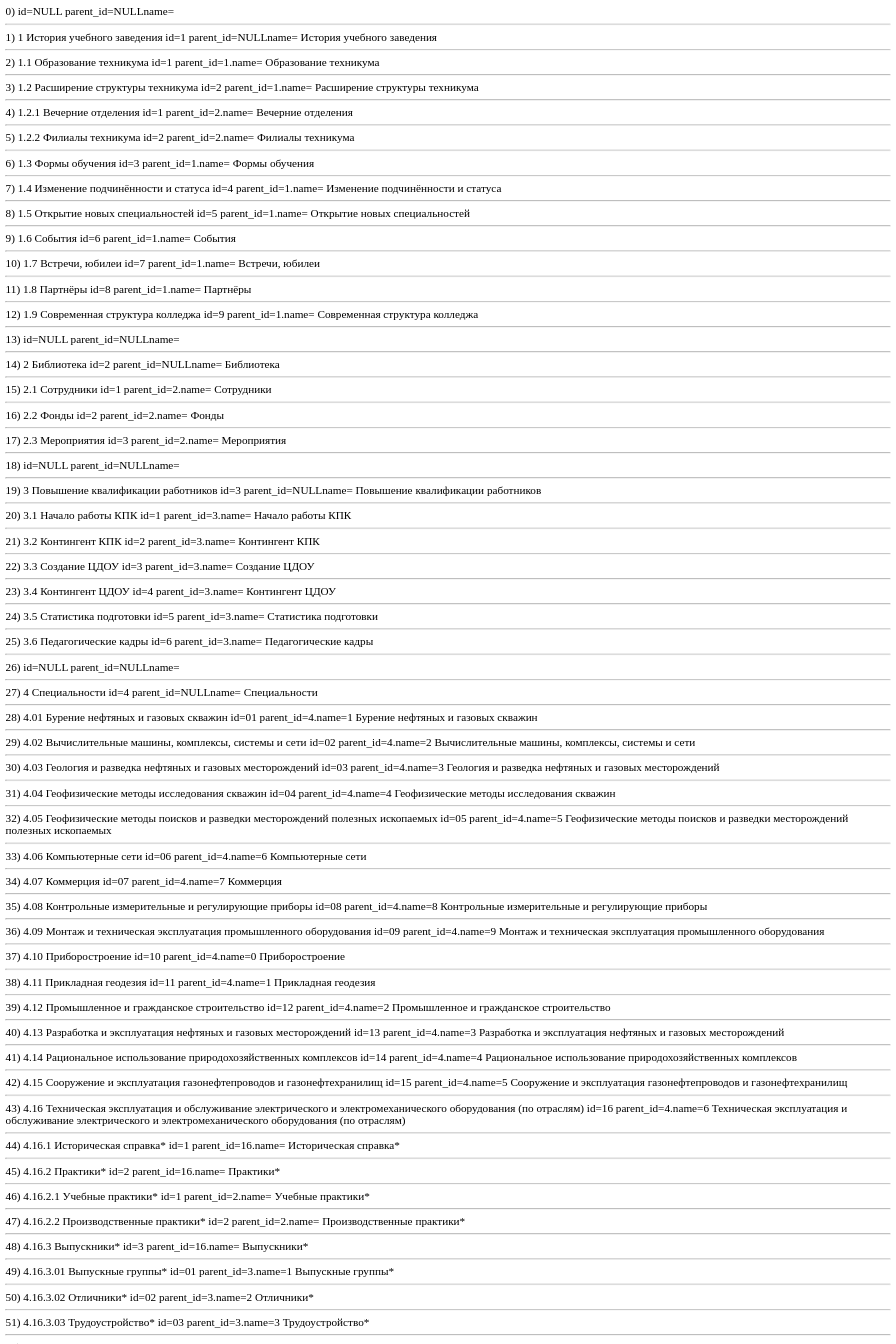
Repository: killercrush/catalog-museum
Page: http://localhost/catalog.php
The author's editor kept a record of every edit. The page is drawn from the files as they stood at one moment, then again after the next edit.
The browser window is 1280 px wide. The pictures show the part of the page from y = 0 to 1920 px (the page is 11464 px tall), at 70% of full size.
The page is run by PHP 8.4 with error messages shown; the project is at /var/www/html/.

Above is the page before.

### catalog.php
<?php



$catalog_string = "
1 История учебного заведения
1.1 Образование техникума
1.2 Расширение структуры техникума
1.2.1 Вечерние отделения
1.2.2 Филиалы техникума
1.3 Формы обучения
1.4 Изменение подчинённости и статуса
1.5 Открытие новых специальностей
1.6 События
1.7 Встречи, юбилеи
1.8 Партнёры
1.9 Современная структура колледжа

2 Библиотека
2.1 Сотрудники
2.2 Фонды
2.3 Мероприятия

3 Повышение квалификации работников
3.1 Начало работы КПК
3.2 Контингент КПК
3.3 Создание ЦДОУ
3.4 Контингент ЦДОУ
3.5 Статистика подготовки
3.6 Педагогические кадры

4 Специальности
4.01 Бурение нефтяных и газовых скважин
4.02 Вычислительные машины, комплексы, системы и сети
4.03 Геология и разведка нефтяных и газовых месторождений
4.04 Геофизические методы исследования скважин
4.05 Геофизические методы поисков и разведки месторождений полезных ископаемых
4.06 Компьютерные сети
4.07 Коммерция
4.08 Контрольные измерительные и регулирующие приборы
4.09 Монтаж и техническая эксплуатация промышленного оборудования
4.10 Приборостроение
4.11 Прикладная геодезия
4.12 Промышленное и гражданское строительство
4.13 Разработка и эксплуатация нефтяных и газовых месторождений
4.14 Рациональное использование природохозяйственных комплексов
4.15 Сооружение и эксплуатация газонефтепроводов и газонефтехранилищ
4.16 Техническая эксплуатация и обслуживание электрического и электромеханического оборудования (по отраслям)
4.16.1 Историческая справка*
4.16.2 Практики*
4.16.2.1 Учебные практики*
4.16.2.2 Производственные практики*
4.16.3 Выпускники*
4.16.3.01 Выпускные группы*
4.16.3.02 Отличники*
4.16.3.03 Трудоустройство*
4.16.3.03.1 Период до 1990 года*
4.16.3.03.2 Период с 1991 года*
4.16.3.03.3 Логотипы организаций*
4.16.3.04 Участники Великой Отечественной войны**
4.16.3.05 Династии*
4.16.3.06 Воины-интернационалисты**
4.16.3.07 Успешные выпускники*
4.16.3.08 Публикации о выпускниках*
4.16.3.09 Печатные издания выпускников**
4.16.3.10 Встречи с выпускниками*

5 Коллектив
5.1 Заместители директора
5.1.1 По учебной работе
5.1.2 По воспитательной работе
5.1.3 По УПР
5.1.4 По АХЧ
5.2 Заведующие отделениями
5.2.1 Вечернее отделение
5.2.2 Дневное отделение
5.2.3 Заочное отделение
5.3 Преподаватели
5.3.1 Штатные преподаватели
5.3.2 Заслуженные учителя
5.3.3 Имеющие Почётные звания
5.3.4 Награждённые отраслевыми грамотами
5.3.5 Награждённые грамотами Минобразования
5.3.6 Приватные преподаватели и совместители
5.3.7 Классные руководители
5.4 ПЦК, ПК
5.4.1 Действующие общей подготовки
5.4.1.1 Английского языка, общеобразовательных гуманитарных дисциплин
5.4.1.2 Математических, общих естественнонаучных дисциплин
5.4.1.3 Общегуманитарных и социально-экономических дисциплин
5.4.1.4 Общеобразовательных дисциплин ОПКРС
5.4.1.5 Общепрофессиональных дисциплин
5.4.1.6 Физической культуры
5.4.1.7 Экономических дисциплин
5.4.2 Действующие выпускающие
5.4.2.1 Геологических дисциплин
5.4.2.2 Геофизических дисциплин
5.4.2.3 Информационных дисциплин и технологий
5.4.2.4 Нефтепромысловых дисциплин
5.4.2.5 Нефтяного и машиностроительного цикла
5.4.2.6 По электротехническим профессиям и специальностям
5.4.2.7 Технического обслуживания и ремонта оборудования
5.4.2.8 Экологических дисциплин
5.4.3 Исторические
5.4.3.01 Геолого-геофизических дисциплин
5.4.3.02 Гуманитарных дисциплин
5.4.3.03 Общественно-гуманитарных дисциплин
5.4.3.04 Общетехнических дисциплин
5.4.3.05 Русского языка и литературы, истории СССР и английского языка
5.4.3.06  Русского языка и литературы, истории СССР, английского языка и военно-физической подготовки
5.4.3.07 Специальных дисциплин
5.4.3.08 Строительных дисциплин
5.4.3.09 Физики, химии, математики
5.4.3.10 Физико-математических дисциплин
5.4.3.11 Физического воспитания
5.4.3.12 Черчения
5.5 Сотрудники
5.6 Участники Великой Отечественной войны
5.7 Труженики тыла
5.8 Выпускники – работники учебного заведения
5.9 Книга почёта

6 ИВЦ
6.1 Историческая справка
6.2 Современное состояние
6.3 Кадровый состав
6.4 Технические ресурсы

7 СМК
7.1 СМК колледжа
7.2 История создания
7.3 Служба маркетинга и качества
7.4 Персонал службы маркетинга и качества
7.5 Аудиты

8 Стипендиаты
8.1 Директорская стипендия
8.2 Ленинская стипендия
8.3 Стипендия им. В.М.Казакова
8.4 Стипендия им. А.Ф.Шакирова
8.5 Стипендия Правительства РФ
8.6 Стипендия Президента РБ
8.7 Стипендия Республиканской организации «Нефтегазстройпрофсоюз»
8.8 Стипендия Федерации профсоюзов РБ

9 Студенческая жизнь при социализме
9.1 История комсомольской организации
9.1.1 Неосвобождённые секретари комитета ВЛКСМ
9.1.2 Освобождённые секретари комитета ВЛКСМ
9.1.3 Состав комитетов ВЛКСМ
9.1.4 Мероприятия с участием комсомольцев
9.2 Студенческие летние будни
9.2.1 Работа в строительных и сельхозотрядах
9.2.2 Работа в колхозах в осенний период

10 Методическая работа
10.1 Историческая справка
10.2 Методический кабинет
10.2.1 Методсовет
10.2.2 Учебно-методические материалы
10.2.3 Школа педагогического мастерства
10.2.4 Награды
10.3 Мероприятия
10.3.1 Конкурсы
10.3.2 Конференции
10.2.3 Олимпиады
10.2.4 Семинары
10.2.5 Смотры
10.4 Наставники

11 Воспитательный процесс
11.1 Спортивная жизнь
11.1.1 Виды спорта
11.1.1.01 Баскетбол
11.1.1.02 Биатлон
11.1.1.03 Борьба
11.1.1.04 Велоспорт
11.1.1.05 Волейбол
11.1.1.06 Гиревой спорт
11.1.1.07 Коньки
11.1.1.08 Кросс
11.1.1.09 Лёгкая атлетика
11.1.1.10 Лыжи
11.1.1.11 Многоборье военно-прикладное
11.1.1.12 Многоборье ГТО
11.1.1.12.1 Советский период
11.1.1.12.2 Период с 2016 года
11.1.1.13 Пауэрлифтинг
11.1.1.14 Плавание
11.1.1.15 Стрельба
11.1.1.16 Теннис настольный
11.1.1.17 Тяжёлая атлетика
11.1.1.18 Футбол
11.1.1.19 Шахматы
11.1.2 Награды
11.1.2.1 Вымпелы
11.1.2.2 Грамоты
11.1.2.3 Кубки
11.1.2.4 Другие награды
11.1.3 Рекорды
11.1.4 Спартакиады
11.1.5 Чемпионы
11.1.6 Учебно-материальная база
11.2 Воспитательная работа
11.2.1 Внеклассная работа
11.2.1.1 Художественная самодеятельность
11.2.1.2 Концерты
11.2.1.3 Конкурсы
11.2.1.4 Творчество студентов
11.2.1.5 Городские мероприятия
11.2.1.6 Республиканские мероприятия
11.2.2 Военно-патриотическое воспитание
11.2.3 Педагог-психолог
11.2.3.1 Конференции
11.2.3.2 Семинары
11.2.3.3 Тренинги
113.2.4 Социальный педагог
11.2.4.1 Студенческая служба безопасности
11.2.4.2 Мероприятия
11.2.5 Педагог организатор
11.2.5.1 Студенческий совет
11.2.5.2 Мероприятия
11.2.6 Жизнь в общежитиях
11.2.7 Студенческие издания
11.3 Музеи
12.1 Этнографический
12.2 Минералогический
12.3 Истории учебного заведения

12 Некоммерческий благотворительный фонд «Студент»
12.1 История создания
12.2 Руководители
12.3 Бухгалтер
12.4 Благотворительность
12.5 Мероприятия

13 Учебное заведение в изданиях
14.1 Газета «Октябрьский нефтяник»
13.1.1 Период с 1952 по 1963 гг.
13.1.1.01 1952 год
13.1.1.02 1953 год
13.1.1.03 1954 год
13.1.1.04 1955 год
13.1.1.05 1956 год
13.1.1.06 1957 год
13.1.1.07 1958 год
13.1.1.08 1959 год
13.1.1.09 1960 год
13.1.1.10 1961 год
13.1.1.11 1962 год
13.1.1.12 1963 год
13.1.2 период с 1964 по 1975 гг.
13.1.2.01 1964 год
13.1.2.02 1965 год
13.1.2.03 1966 год
13.1.2.04 1967 год
13.1.2.05 1968 год
13.1.2.06 1969 год
13.1.2.07 1970 год
13.1.2.08 1971 год
13.1.2.09 1972 год
13.1.2.10 1973 год
13.1.2.11 1974 год
13.1.2.12 1975 год
13.1.3 период с 1976 по 1987 гг.
13.1.3.01 1976 год
13.1.3.02 1977 год
13.1.3.03 1978 год
13.1.3.04 1979 год
13.1.3.05 1980 год
13.1.3.06 1981 год
13.1.3.07 1982 год
13.1.3.08 1983 год
13.1.3.09 1984 год
13.1.3.10 1985 год
13.1.3.11 1986 год
13.1.3.12 1987 год
13.1.4 Период с 1988 по 1999 гг.
13.1.4.01 1988 год
13.1.4.02 1989 год
13.1.4.03 1990 год
13.1.4.04 1991 год
13.1.4.05 1992 год
13.1.4.06 1993 год
13.1.4.07 1994 год
13.1.4.08 1995 год
13.1.4.09 1996 год
13.1.4.10 1997 год
13.1.4.11 1998 год
13.1.4.12 1999 год
13.1.5 Период с 2000 по 2011 гг.
13.1.5.01 2000 год
13.1.5.02 2001 год
13.1.5.03 2002 год
13.1.5.04 2003 год
13.1.5.05 2004 год
13.1.5.06 2005 год
13.1.5.07 2006 год
13.1.5.08 2007 год
13.1.5.09 2008 год
13.1.5.10 2009 год
13.1.5.11 2010 год
13.1.5.12 2011 год
13.1.6 период с 2012 по 2022 гг.
13.1.6.01 2012 год
13.1.6.02 2013 год
13.1.6.03 2014 год
13.1.6.04 2015 год
13.1.6.05 2016 год
13.1.6.06 2017 год
13.1.6.07 2018 год
13.1.6.08 2019 год
13.1.6.09 2020 год
13.1.6.10 2021 год
13.1.6.11 2022 год
13.2 Газета «Деловой мир»
13.3 Газета «Республика Башкортостан»
13.4 Газета «Геофизик Татарии»
13.5 Журналы
";
$elements = explode("\n", $catalog_string);
//var_dump($elements);
$page = '<html><head></head><body>';

try {
	$connection = new PDO('mysql:host=127.0.0.1;port=3306;dbname=c9;charset=UTF8', 'killercrush', '');
	$connection->setAttribute(PDO::ATTR_DEFAULT_FETCH_MODE, PDO::FETCH_ASSOC);
	$connection->setAttribute(PDO::ATTR_ERRMODE, PDO::ERRMODE_EXCEPTION);

} catch (PDOException $e) {
	print "Error!: " . $e->getMessage() . "<br/>";
	die();
}



$query = $connection->prepare('INSERT INTO `categories`(id, parent_id, name) VALUES (:id, :parent_id, :name)');
foreach($elements as $key => $value) {

    $id = array();
    preg_match('/\.[0-9]+ |^[0-9]+ /', $value, $id);
    if (!isset($id[0])) {
        $id = 'NULL';
    } else if(strpos($id[0], '.') !== false) {
        $id = substr($id[0], 1);
    } else {
        $id = $id[0];
    }

    $parent_id = array();
    preg_match_all('/[0-9]+\./', $value, $parent_id, PREG_SET_ORDER);
	if(!isset($parent_id[0])) {
	    $parent_id = 'NULL';
	} else {
	    $parent_id = end($parent_id)[0];
	}

// 	$query->bindValue(':id', $id);
// 	$query->bindValue(':parent_id', $parent_id);
// 	$query->bindValue(':name', $value);

    $name = substr($value, strpos($value, $id) + 1);

	//if ($query->execute()) {

	    $page .= $key . ') ' . $value . ' id=' . $id
	        . ' parent_id=' . $parent_id . 'name='. $name . '<hr>';
	//}
}
$page .= '/body';
echo $page;
?>

After the next edit:
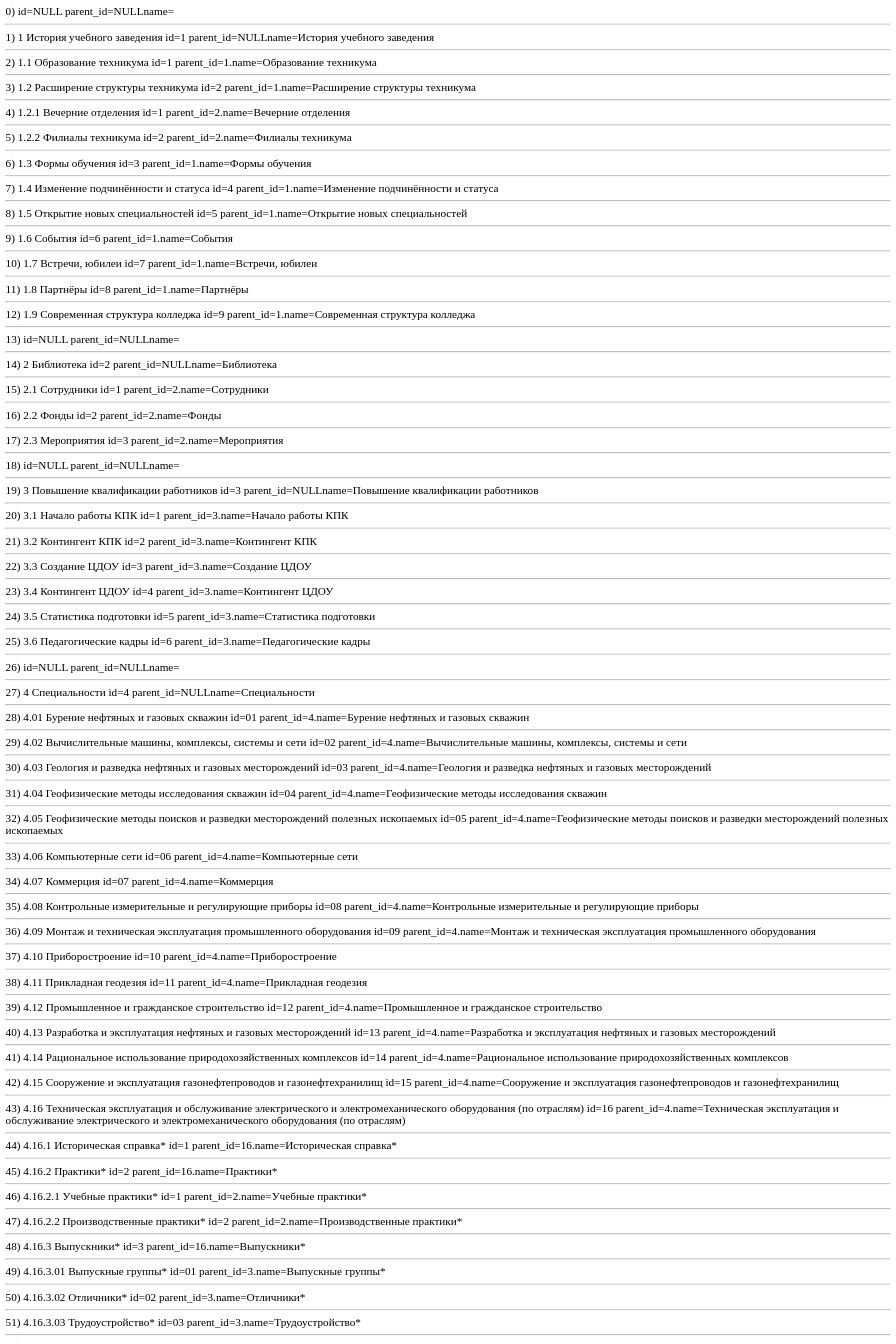
The edit:
--- a/catalog.php
+++ b/catalog.php
@@ -359,7 +359,7 @@
 // 	$query->bindValue(':parent_id', $parent_id);
 // 	$query->bindValue(':name', $value);
 
-    $name = substr($value, strpos($value, $id) + 1);
+    $name = substr($value, strpos($value, $id) + strlen($id));
 
 	//if ($query->execute()) {
 
